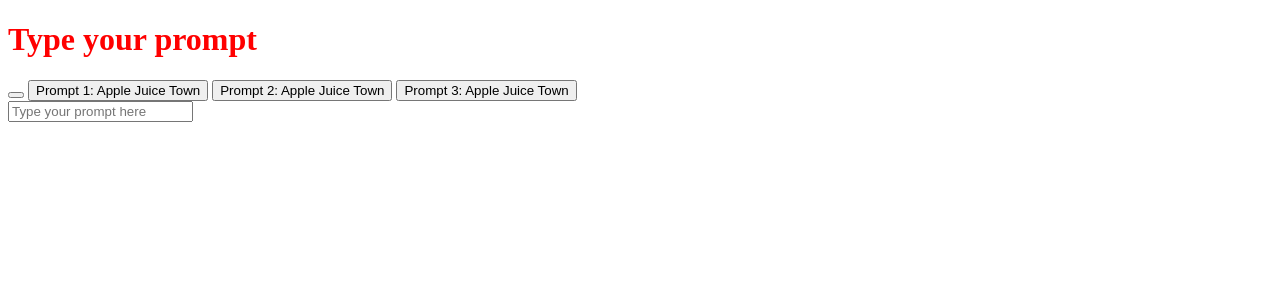
Repository: Appl3Kitti3/PROJECT_4537
Page: ClientSide/index.html
These files come from the project's save history. The page is drawn as it stood at one moment and after the next save; the edit follows.
The browser window is 1280 px wide. The pictures show the whole page.

Above is the page before, as saved 2024-10-17 20:56:29.

After the next save:
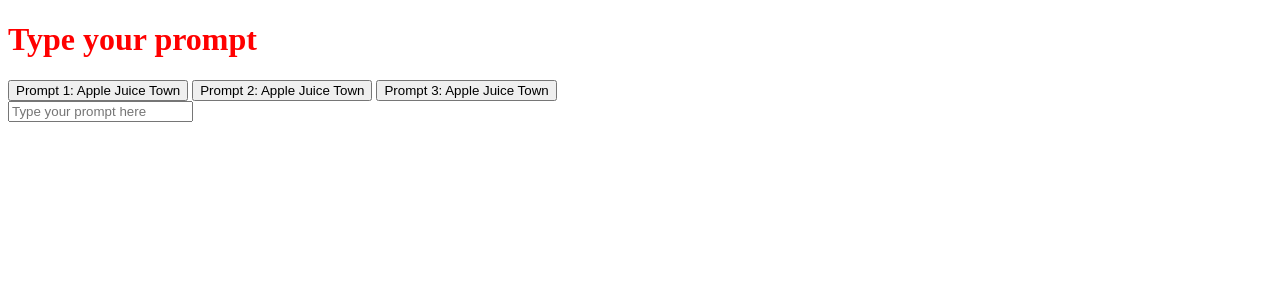
Saved 4 s later.
--- a/ClientSide/index.html
+++ b/ClientSide/index.html
@@ -15,9 +15,6 @@
 
         <!-- This is the div that maps out the AI's generated prompts as ideas -->
         <div>
-            <button onclick="test()">
-
-            </button>
             <button
             class="ai_generated_prompt"
             >Prompt 1: Apple Juice Town </button>
